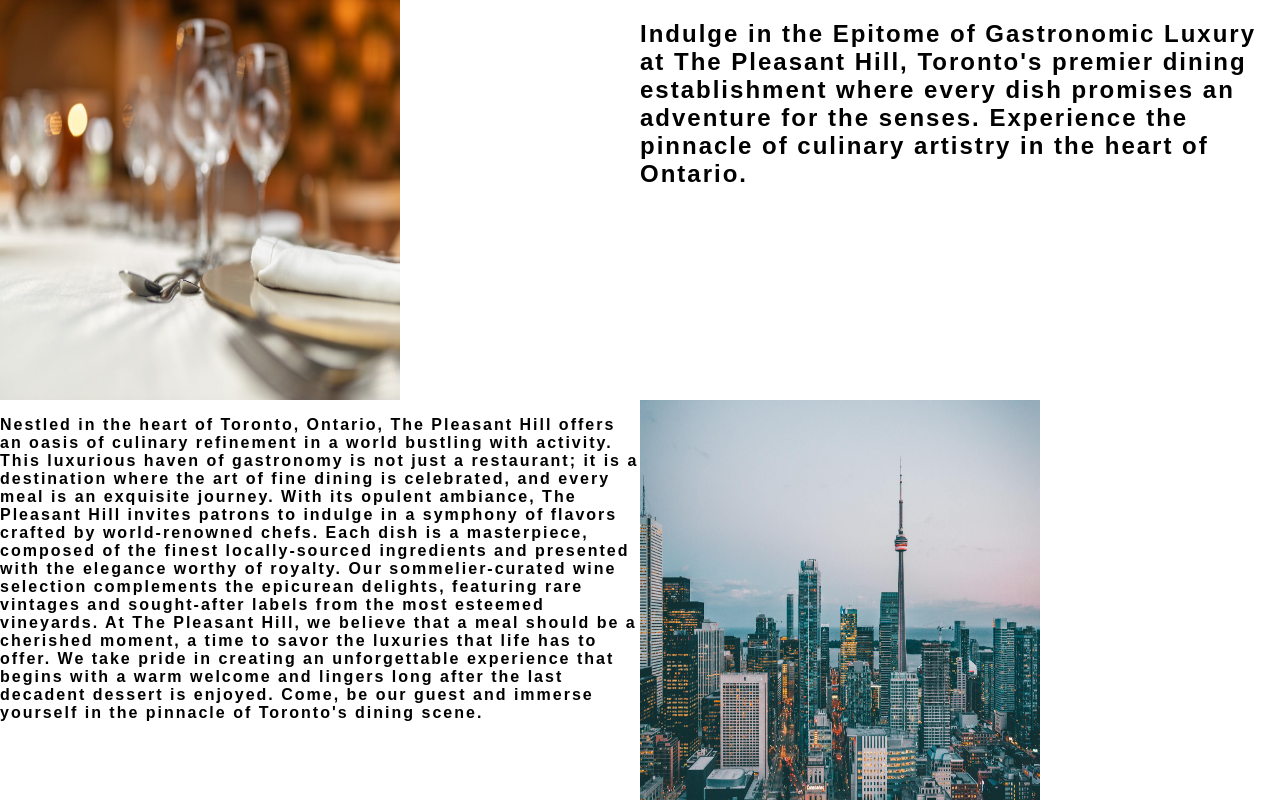
Repository: shayanabedi98/pleasant-hill-restaurant
Page: /
These files come from the project's save history. The page is drawn as it stood at one moment and after the next save; the edit follows.
The browser window is 1280 px wide. The pictures show the part of the page from y = 980 to 1780 px (the page is 1780 px tall).
Backgrounds fixed to the window are drawn as part of the page. Some web fonts or font styles are not loaded; a fallback is used. The project was rebuilt for these pictures with package versions that can differ from the ones it lists, and the page was loaded fresh each time. Also part of the build but not shown: vite.config.js, src/components/Contact.jsx, src/components/MenuList.jsx, src/components/Appetizers.jsx, src/components/Entrees.jsx, src/components/Desserts.jsx, src/components/Drinks.jsx, src/components/Menu.jsx and 1 more.

Above is the page before, as saved 2023-12-27 18:58:32.

After the next save:
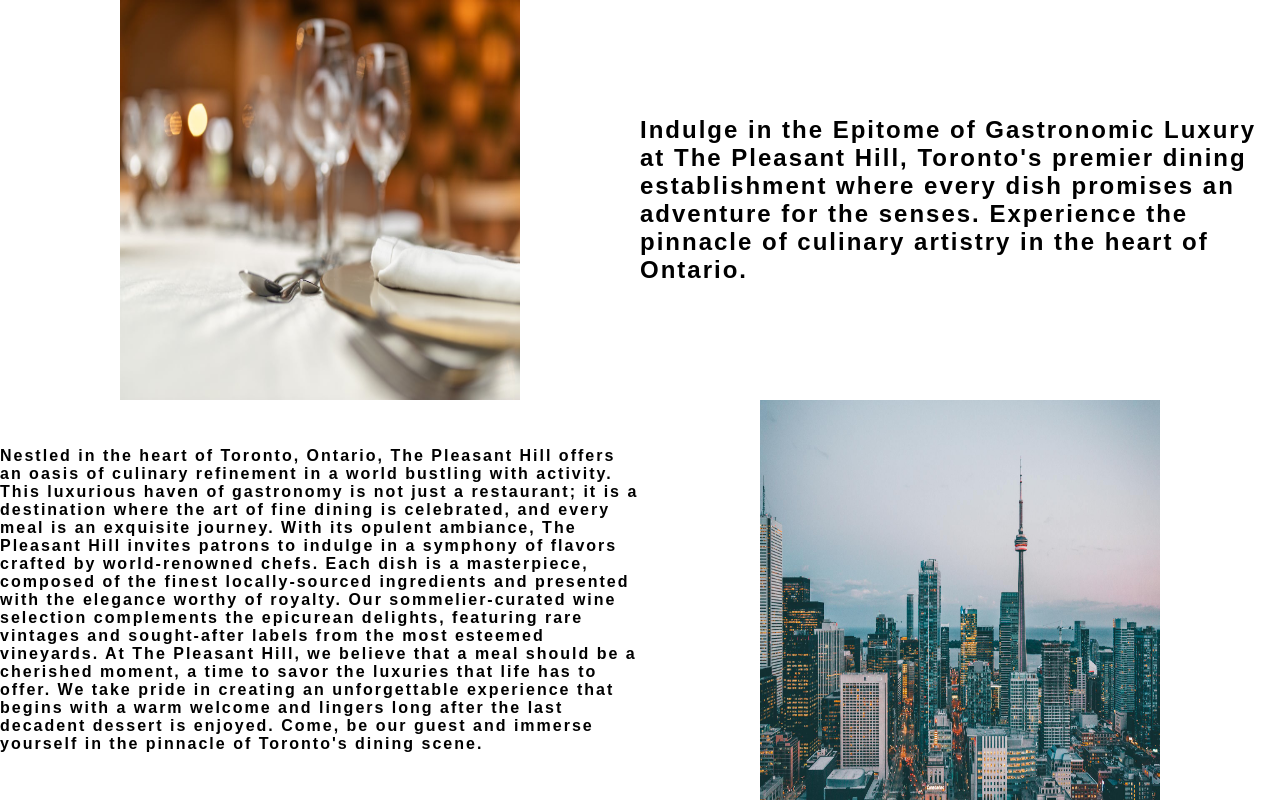
Saved 9 s later.
--- a/src/App.css
+++ b/src/App.css
@@ -88,6 +88,7 @@ body {
 .about1, .about2 {
   display: grid;
   grid-template-columns: 1fr 1fr;
+  place-items: center;
 }
 
 .about img {
